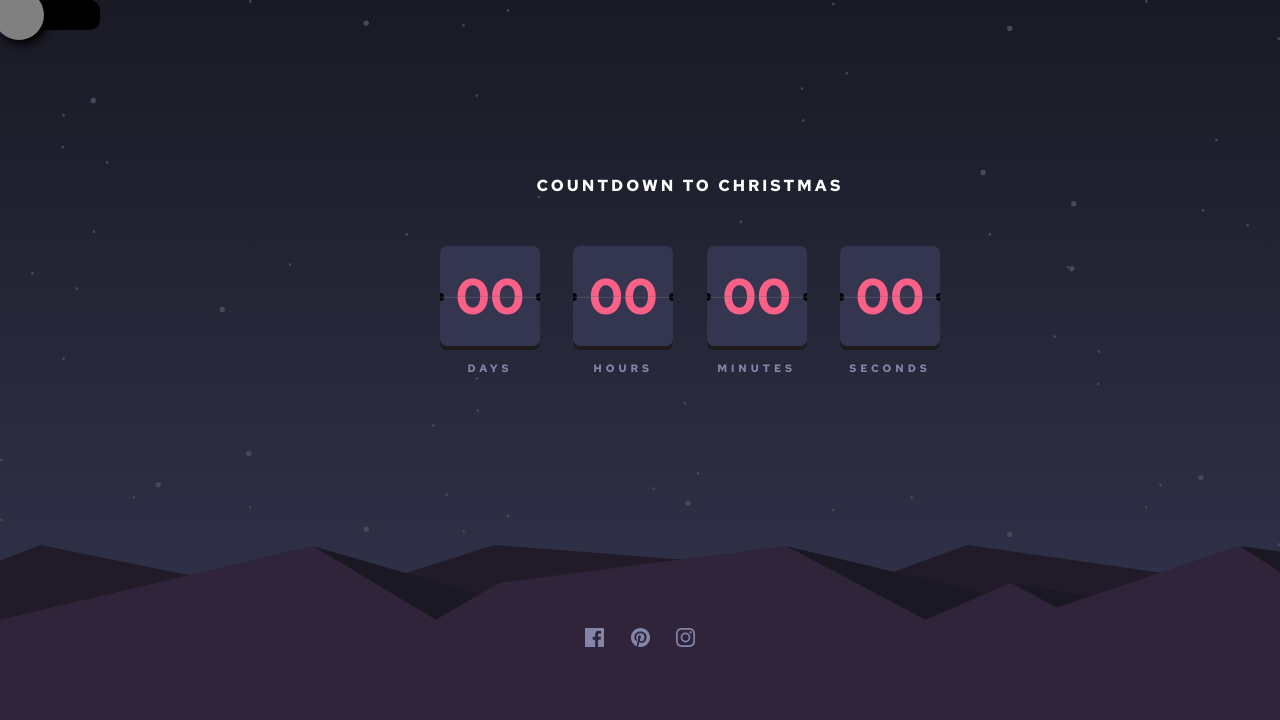
Repository: Eugene44-hub/countdown
Page: index.html
The author's editor kept a copy of each file at every save. The page is drawn from the files as they stood at one save, then again after the next save.
The browser window is 1280 px wide. The pictures show the whole page.
Backgrounds fixed to the window are drawn as part of the page.

Above is the page before, as saved 2021-09-13 02:39:37.

After the next save:
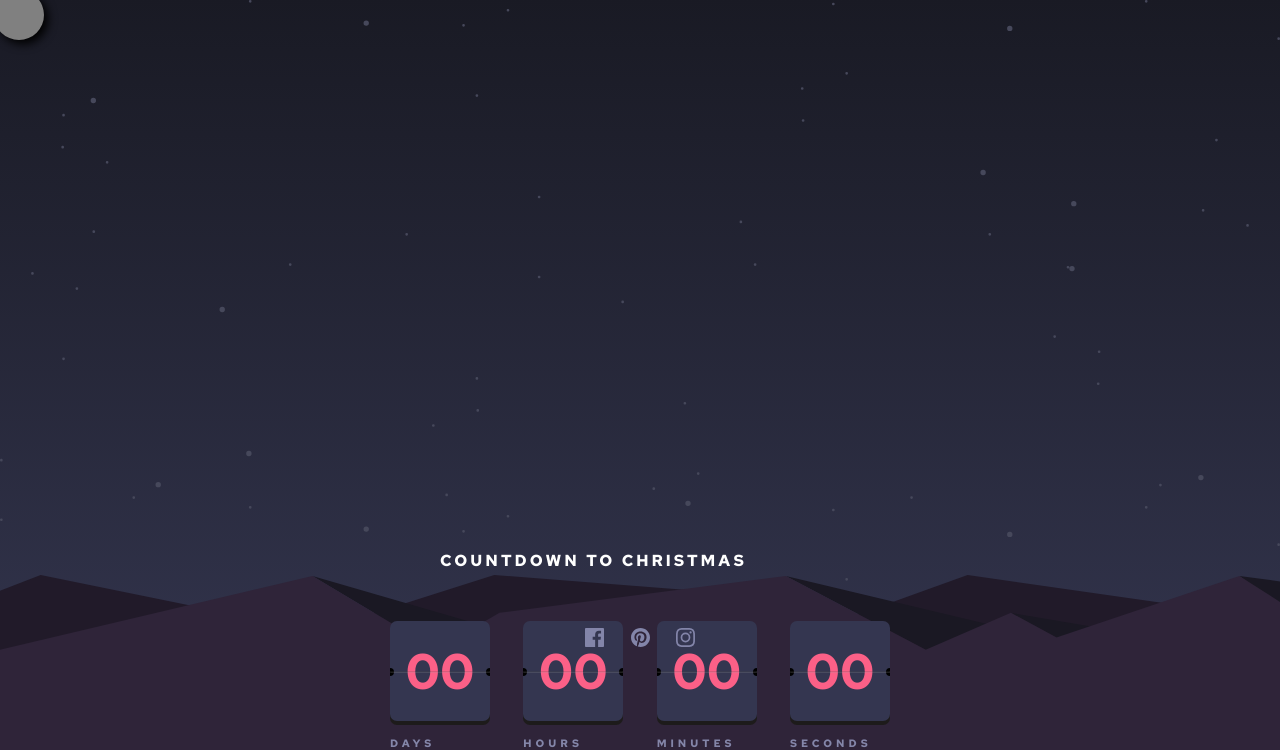
Saved 19 s later.
--- a/index.html
+++ b/index.html
@@ -11,68 +11,68 @@
 
 <body>
     <div class="container">
-        <div class="box ">
-            <div class="toggle"></div>
+
+        <div class="toggle"></div>
+    </div>
+
+    <div class="timer">
+        <h4 class="col10">countdown to christmas</h4>
+        <div>
+            <div class="card">
+                <div class="circle"></div>
+                <div class="circle circle2"></div>
+                <p id="days">00</p>
+                <hr>
+            </div>
+            <h6>days</h6>
+        </div>
+        <div>
+            <div class="card">
+                <div class="circle"></div>
+                <div class="circle circle2"></div>
+                <p id="hours">00</p>
+                <hr>
+            </div>
+            <h6>hours</h6>
+        </div>
+        <div>
+            <div class="card">
+                <div class="circle"></div>
+                <div class="circle circle2"></div>
+                <p id="minutes">00</p>
+                <hr>
+            </div>
+            <h6>minutes</h6>
+        </div>
+        <div>
+            <div class="card">
+                <div class="circle"></div>
+                <div class="circle circle2"></div>
+                <p id="seconds">00</p>
+                <hr>
+            </div>
+            <h6>seconds</h6>
         </div>
 
-        <div class="timer">
-            <h4 class="col10">countdown to christmas</h4>
-            <div>
-                <div class="card">
-                    <div class="circle"></div>
-                    <div class="circle circle2"></div>
-                    <p id="days">00</p>
-                    <hr>
-                </div>
-                <h6>days</h6>
-            </div>
-            <div>
-                <div class="card">
-                    <div class="circle"></div>
-                    <div class="circle circle2"></div>
-                    <p id="hours">00</p>
-                    <hr>
-                </div>
-                <h6>hours</h6>
-            </div>
-            <div>
-                <div class="card">
-                    <div class="circle"></div>
-                    <div class="circle circle2"></div>
-                    <p id="minutes">00</p>
-                    <hr>
-                </div>
-                <h6>minutes</h6>
-            </div>
-            <div>
-                <div class="card">
-                    <div class="circle"></div>
-                    <div class="circle circle2"></div>
-                    <p id="seconds">00</p>
-                    <hr>
-                </div>
-                <h6>seconds</h6>
-            </div>
-
+    </div>
+    <footer>
+        <div class="social-media" id="facebook">
+            <a href=""><img src="images/icon-facebook.svg"></a>
         </div>
-        <footer>
-            <div class="social-media" id="facebook">
-                <a href=""><img src="images/icon-facebook.svg"></a>
-            </div>
-            <div class="social-media" id="pinterest">
-                <a href="">
-                    <img src="images/icon-pinterest.svg">
-                </a>
-            </div>
-            <div class="social-media" id="instagram">
-                <a href="">
-                    <img src="images/icon-instagram.svg">
-                </a>
-            </div>
+        <div class="social-media" id="pinterest">
+            <a href="">
+                <img src="images/icon-pinterest.svg">
+            </a>
+        </div>
+        <div class="social-media" id="instagram">
+            <a href="">
+                <img src="images/icon-instagram.svg">
+            </a>
+        </div>
 
 
 
-        </footer>
+    </footer>
     </div>
 
     <script src="app.js"></script>
